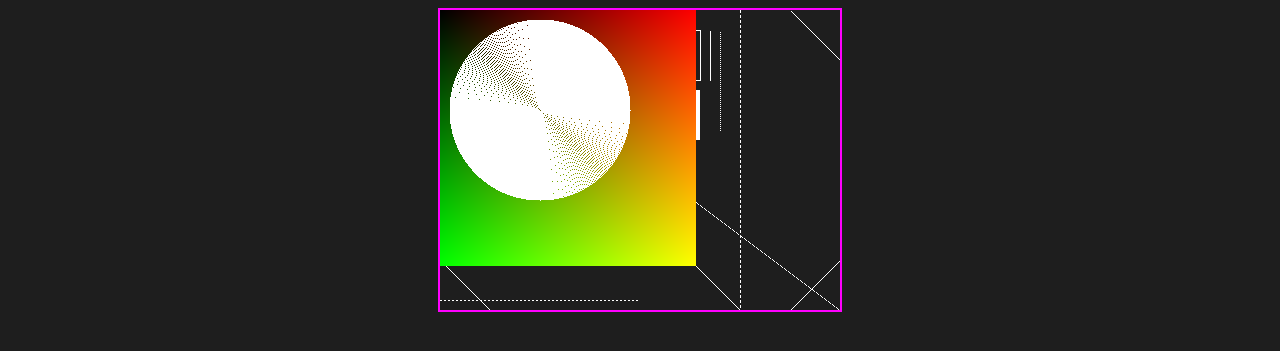
Repository: StarLightGX/miao
Page: paint.html
The author's editor kept a copy of each file at every save. The page is drawn from the files as they stood at one save, then again after the next save.
The browser window is 1280 px wide. The pictures show the whole page.

Above is the page before, as saved 2020-11-13 16:36:33.

After the next save:
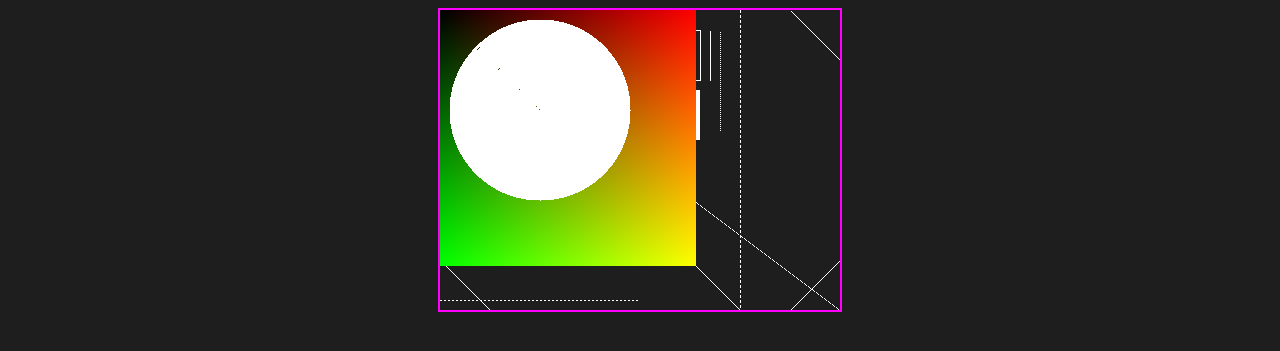
Saved 10 min 44 s later.
--- a/paint.html
+++ b/paint.html
@@ -201,7 +201,7 @@
       }
     }
     // 画一个空心的圆
-    for (var r = 90; r > 0; r--) {
+    for (var r = 90; r > 0; r = r - 0.1) {
       for (x = -r; x < r; x++) {
         y = Math.sqrt(r * r - x * x);
         dot(x + 100, y + 100);
